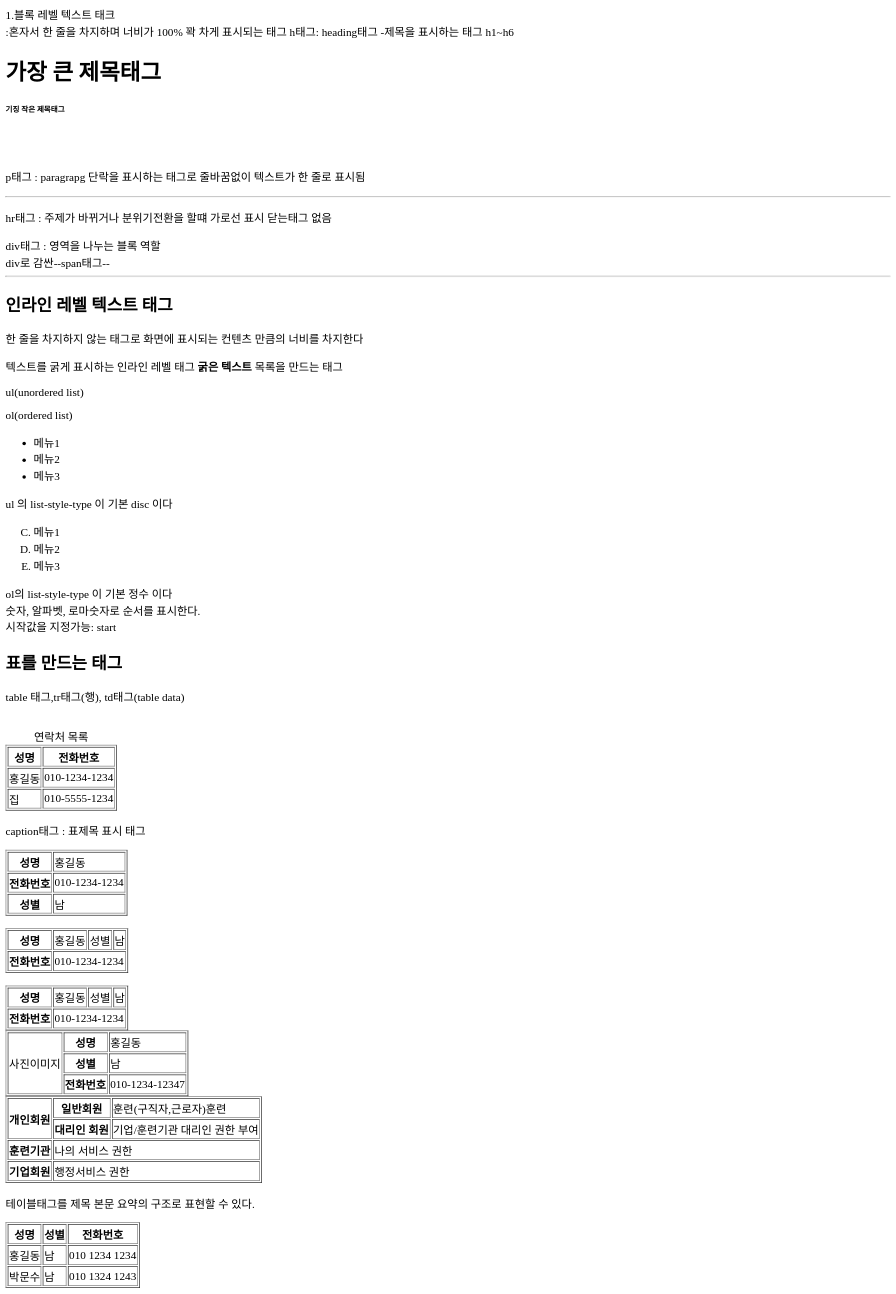
Repository: hana825/Web
Page: web/WebContent/index.html
An editor plug-in stored every save of this project. The page is shown before and after the next save, followed by the edit.
The browser window is 1280 px wide. The pictures show the whole page, at 70% of full size.

Above is the page before, as saved 2022-03-17 07:10:33.

### web/WebContent/index.html
<!DOCTYPE html>
<html>
<head>
<meta charset="UTF-8">
<title>Insert title here</title>
</head>
<body>
1.블록 레벨 텍스트 태크<br>
:혼자서 한 줄을 차지하며 너비가 100% 꽉 차게 표시되는 태그

h태그: heading태그 -제목을 표시하는 태그 h1~h6
<h1>가장 큰 제목태그</h1>
<h6>기징 작은 제목태그</h6>
<br><br>
<p>
p태그 : paragrapg 단락을 표시하는 태그로
줄바꿈없이 텍스트가 한 줄로 표시됨
</p>
<hr>

<p>
hr태그 : 주제가 바뀌거나 분위기전환을 할떄 가로선 표시
닫는태그 없음
</p>
<div>
div태그 : 영역을 나누는 블록 역할
</div>

<div> div로 감싼<span>--span태그--</span>
</div>


<hr>

<h2>인라인 레벨 텍스트 태그</h2>
<p> 한 줄을 차지하지 않는 태그로 화면에 표시되는 컨텐츠 만큼의 너비를 차지한다
</p>
<!-- 실행에서 제외하고자 하는 코드는 주석처리 -->
텍스트를 굵게 표시하는 인라인 레벨 태그
<strong>굵은 텍스트
</strong>
목록을 만드는 태그
<p>ul(unordered list)</p>
<p>ol(ordered list)</p>
<ul>
	<li>메뉴1</li>
	<li>메뉴2</li>
	<li>메뉴3</li>
</ul>
<p>ul 의 list-style-type 이 기본 disc 이다</p>
<ol start='3' type="A">
	<li>메뉴1</li>
	<li>메뉴2</li>
	<li>메뉴3</li>
</ol>
<p>ol의 list-style-type 이 기본 정수 이다<br>
   숫자, 알파벳, 로마숫자로 순서를 표시한다.<br>
   시작값을 지정가능: start<br>
</p>

<h2>표를 만드는 태그</h2>
<p>table 태그,tr태그(행), td태그(table data)</p><br>

<table border='1'>
	<caption>연락처 목록</caption>
	<tr><th>성명</th><th>전화번호</th></tr>
	<tr><td>홍길동</td><td>010-1234-1234</td></tr>
	<tr><td>집</td><td>010-5555-1234</td></tr>
</table>

<p> caption태그 : 표제목 표시 태그
</p>

<table  border='1'>
	<tr><th>성명</th>
		<td>홍길동</td>
	</tr>
		<tr><th>전화번호</th>
		<td>010-1234-1234</td>
	</tr>
		<tr><th>성별</th>
		<td>남</td>
	</tr>
</table>
<br>
<table  border='1'>
	<tr><th>성명</th>
		<td>홍길동</td>
		<td>성별</td>
		<td>남</td>
	</tr>
		<tr><th>전화번호</th>
		<td colspan='3'>010-1234-1234</td>

</table>
<br>

<table  border='1'>
	<tr><th>성명</th>
		<td>홍길동</td>
		<td>성별</td>
		<td>남</td>
	</tr>
		<tr><th>전화번호</th>
		<td colspan='3'>010-1234-1234</td>

</table>

<table  border='1'>
	<tr><td rowspan ='3'>사진이미지</td>
		<th>성명</th>
		<td>홍길동</td>
	</tr>
	<tr>
		<th>성별</th>
		<td>남</td>
	</tr>
		<tr>
		<th>전화번호</th>
		<td>010-1234-12347</td>
	</tr>

</table>

<table  border='1'>
	<tr><th rowspan ='2'>개인회원</th>
		<th>일반회원</th>
		<td>훈련(구직자,근로자)훈련</td>
	</tr>
	<tr>
		<th>대리인 회원</th>
		<td>기업/훈련기관 대리인 권한 부여</td>
	</tr>
		<th>훈련기관</th>
		<td colspan='2'>나의 서비스 권한</td>
	</tr>

		<th>기업회원</th>
		<td colspan='2'>행정서비스 권한</td>
	</tr>


</table>
<p>
테이블태그를 제목 본문 요약의 구조로 표현할 수 있다.
</p>
<table border='1'>
	<thead>
		<tr>
			<th>성명</th>
			<th>성별</th>
			<th>전화번호</th>
		</tr>
	</thead>
	<tbody>
		<tr>
			<td>홍길동</td>
			<td>남</td>
			<td>010 1234 1234</td>
		</tr>
		<tr>
			<td>박문수</td>
			<td>남</td>
			<td>010 1324 1243</td>
		</tr>
	</tbody>
</table>













</body>
</html>

After the next save:
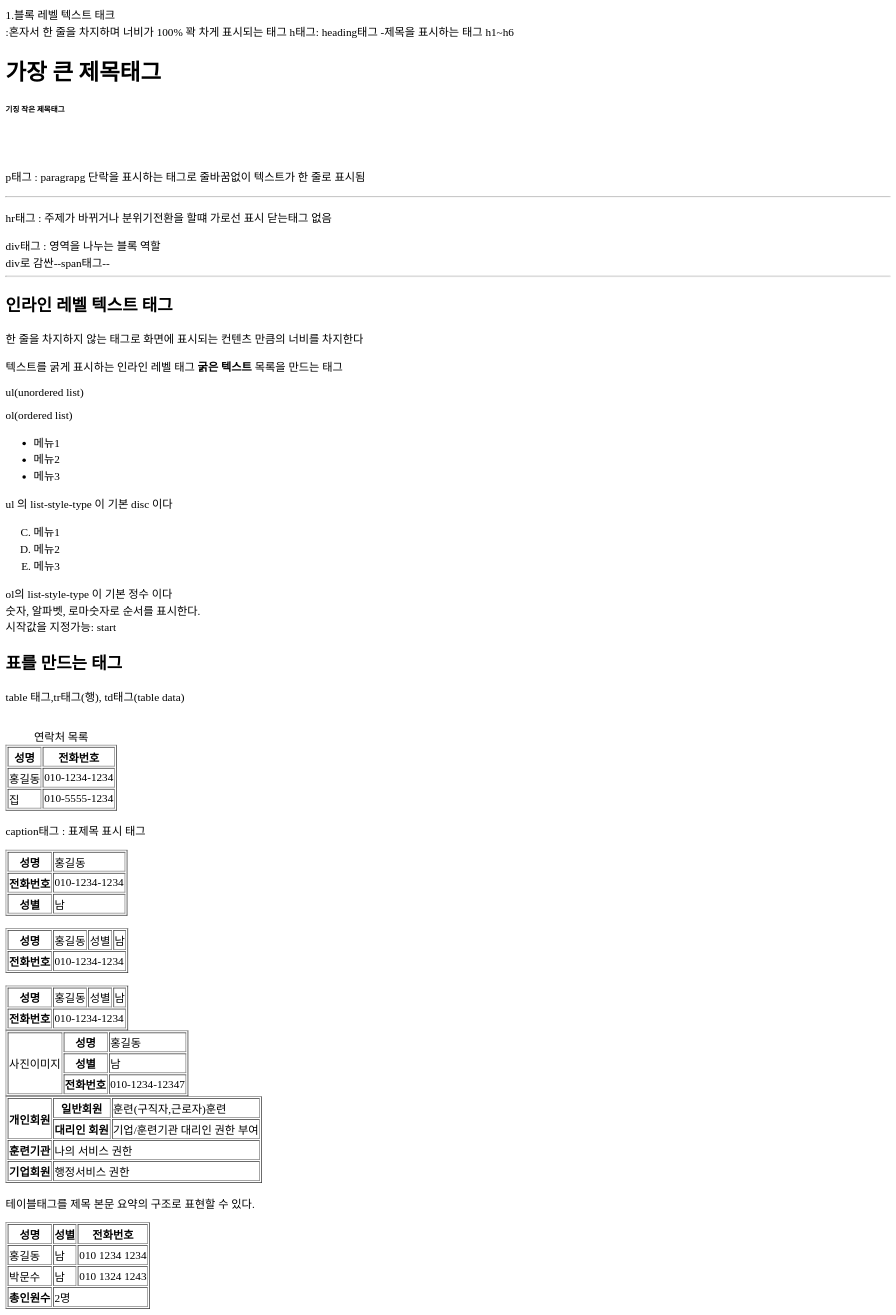
Saved 3 min 4 s later.
--- a/web/WebContent/index.html
+++ b/web/WebContent/index.html
@@ -164,6 +164,12 @@ div태그 : 영역을 나누는 블록 역할
 			<td>010 1324 1243</td>
 		</tr>
 	</tbody>
+	<tfoot>
+		<tr>
+			<th>총인원수</th>
+			<td colspan='2'>2명</td>
+		</tr>
+	</tfoot>
 </table>
 
 
